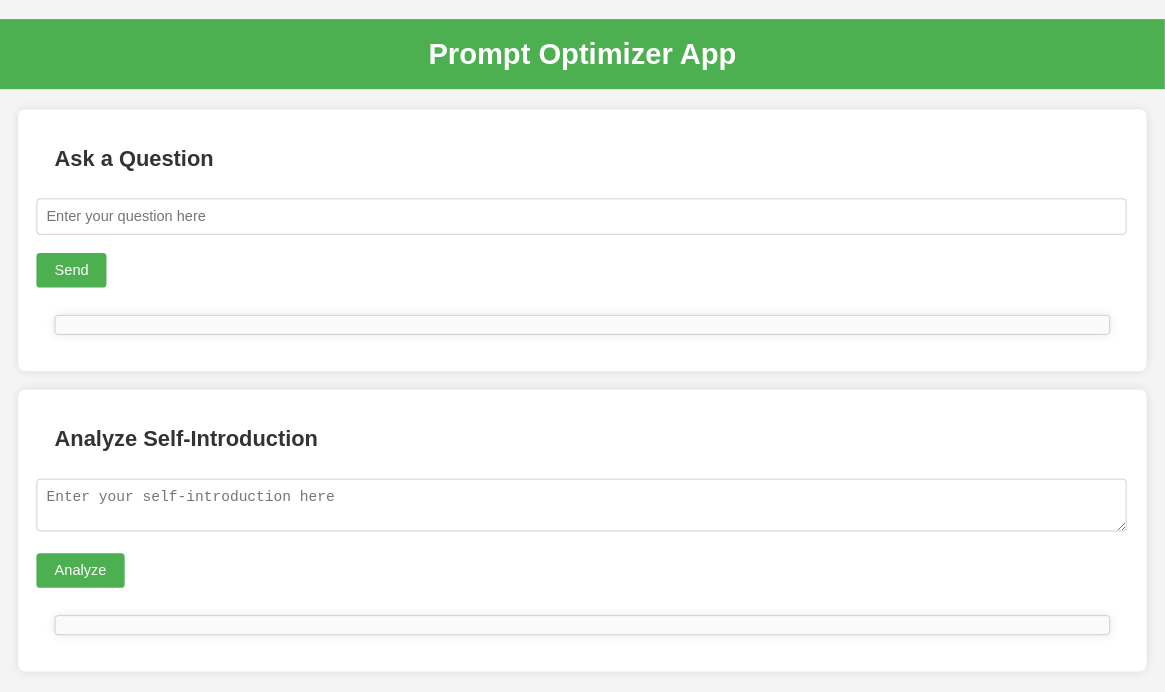
Repository: Choi9912/Flask_IntroduceGPT
Page: http://localhost/
An editor plug-in stored every save of this project. The page is shown before and after the next save, followed by the edit.
The browser window is 1280 px wide. The pictures show the whole page, at 91% of full size.
The page is served by the project's application, run on Flask 3 (app.py).

Above is the page before, as saved 2024-07-26 11:59:59.

After the next save:
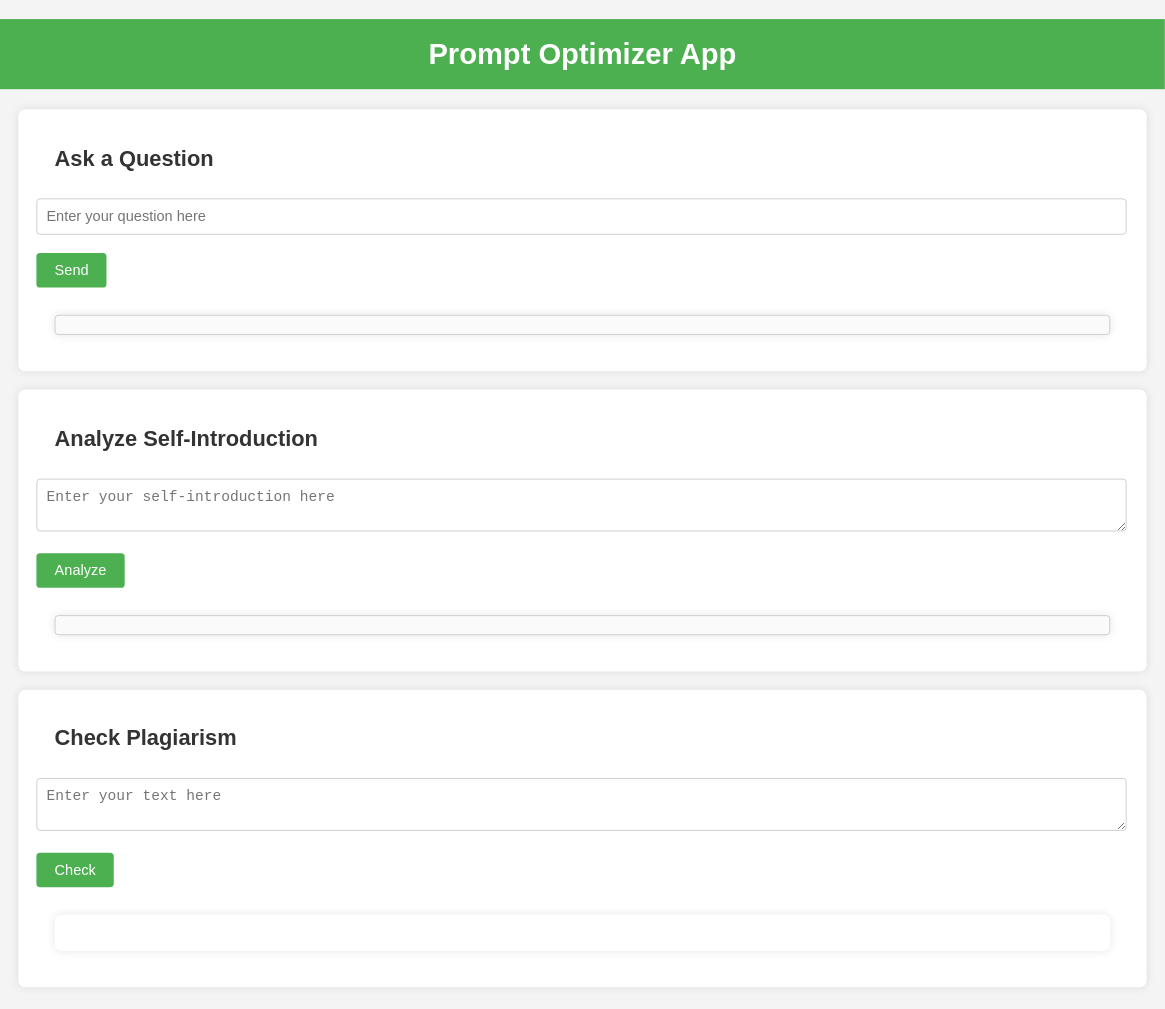
Saved 29 min 10 s later.
--- a/templates/index.html
+++ b/templates/index.html
@@ -19,6 +19,12 @@
         <button id="analyzeBtn">Analyze</button>
         <div id="analysis"></div>
     </div>
+    <div>
+        <h2>Check Plagiarism</h2>
+        <textarea id="plagiarismText" placeholder="Enter your text here"></textarea>
+        <button id="plagiarismBtn">Check</button>
+        <div id="plagiarismResult"></div>
+    </div>
     <script src="{{ url_for('static', filename='script.js') }}"></script>
 </body>
 </html>
